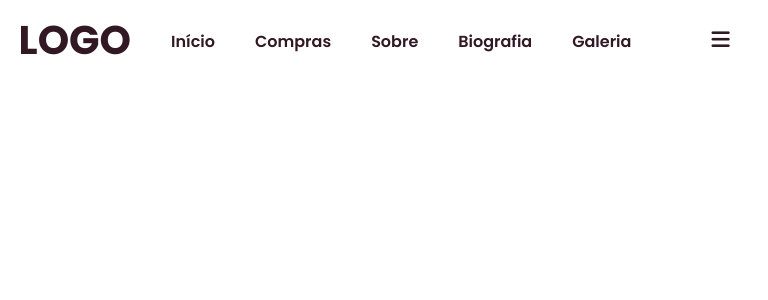
Repository: Matheus904-12/Teste
Page: teste.html
These files come from the project's save history. The page is drawn as it stood at one moment and after a run of saves; the edit follows.
The browser window is 768 px wide. The pictures show the whole page.
Some web libraries are served in a nearby version.

Above is the page before, as saved 2023-11-01 10:19:35.

After the next 6 saves:
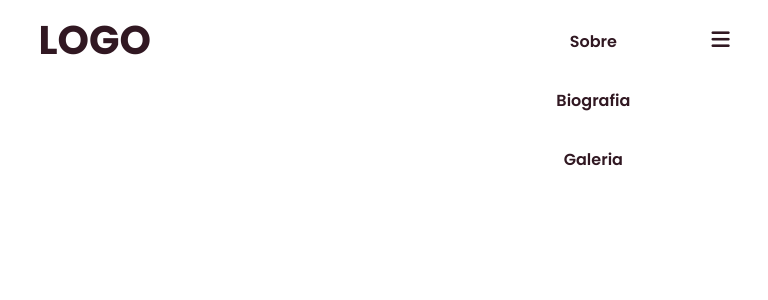
The 6 saves are shown as one change because they came seconds apart.
The last was saved 14 s later.
--- a/css.css
+++ b/css.css
@@ -77,6 +77,7 @@ header nav #toggle {
         margin-top: 10px;
     }
     header nav .menu{
-
+        flex-direction: column;
+        row-gap: 2rem;
     }
 }
